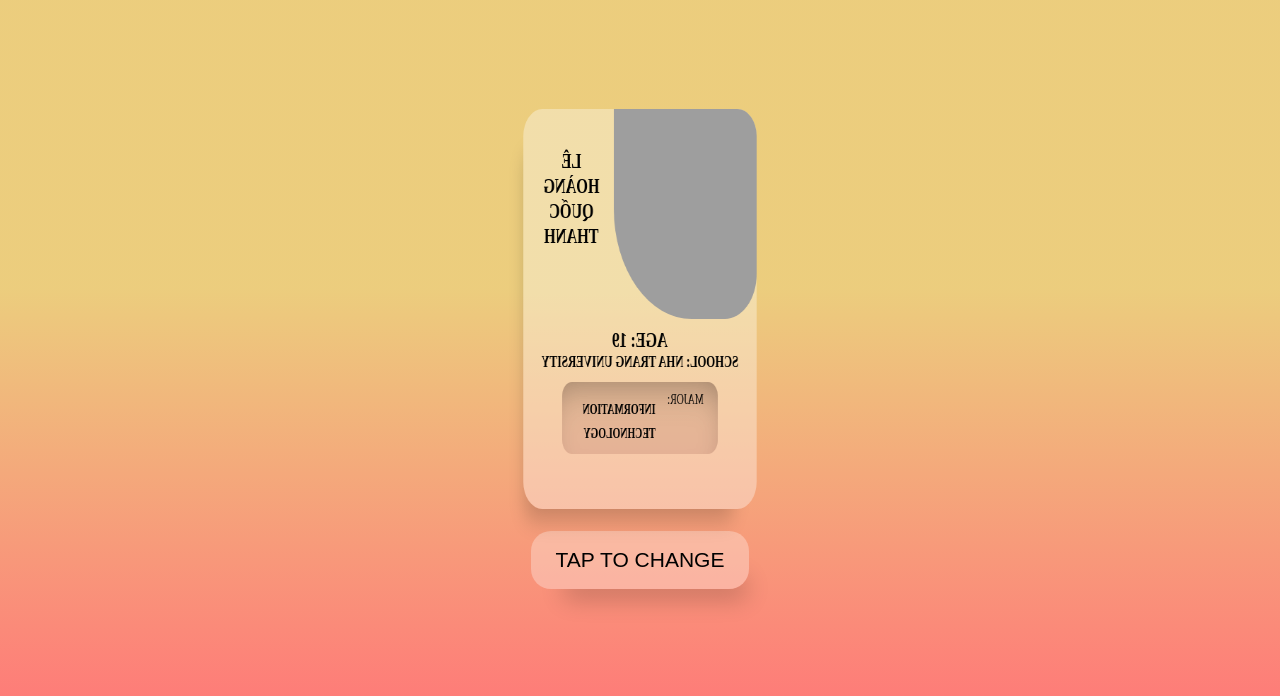
Repository: ThanhThn/profile
Page: index.html
These files come from the project's save history. The page is drawn as it stood at one moment and after the next save; the edit follows.
The browser window is 1280 px wide. The pictures show the whole page.
After loading, the first visible `#btn` was clicked once.
Pictures or frames that could not be fetched are drawn as grey boxes. Some web fonts or font styles are not loaded; a fallback is used.

Above is the page before, as saved 2022-12-05 21:34:27.

After the next save:
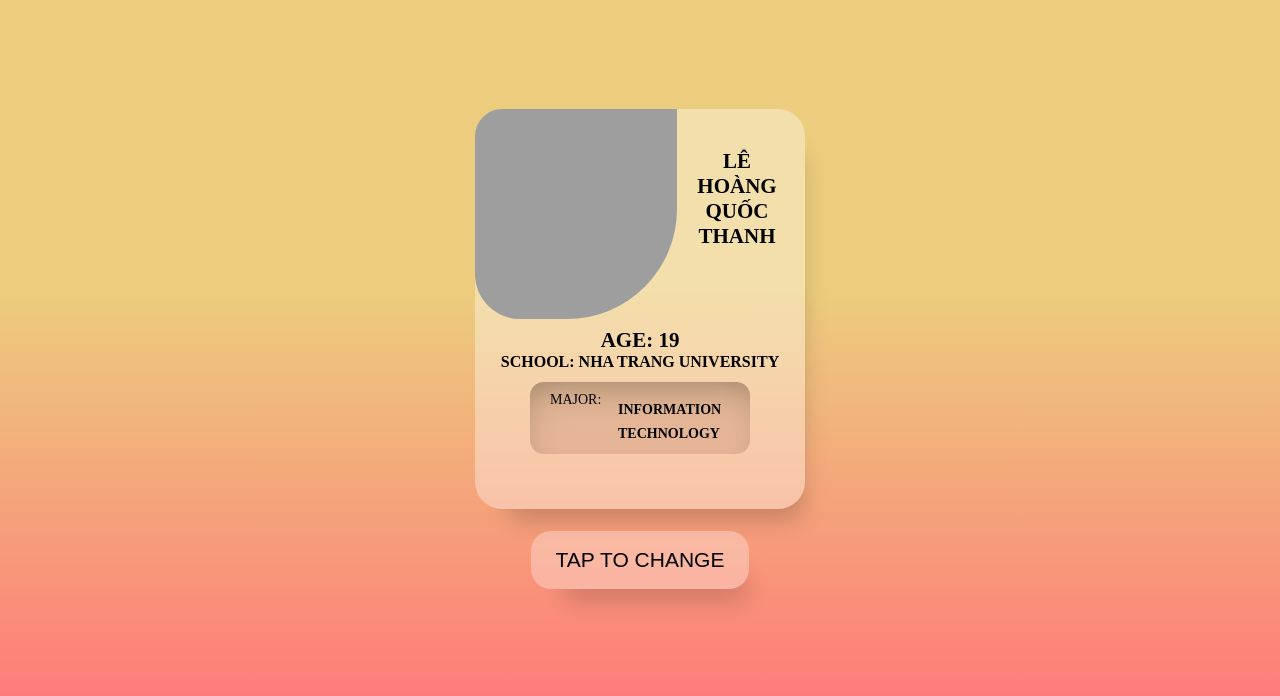
Saved 7 s later.
--- a/index.html
+++ b/index.html
@@ -35,7 +35,7 @@
         const main = document.getElementsByClassName("content");
         btn.addEventListener("click", () => {
             for(let i = 0; i < main.length; i++){
-                if(main[i].style.animation != null){
+                if(main[i].style.animation == null){
                     main[i].style.animation = "rotate  4s linear  infinite";
                 }
                 else{

After the 2 saves that followed:
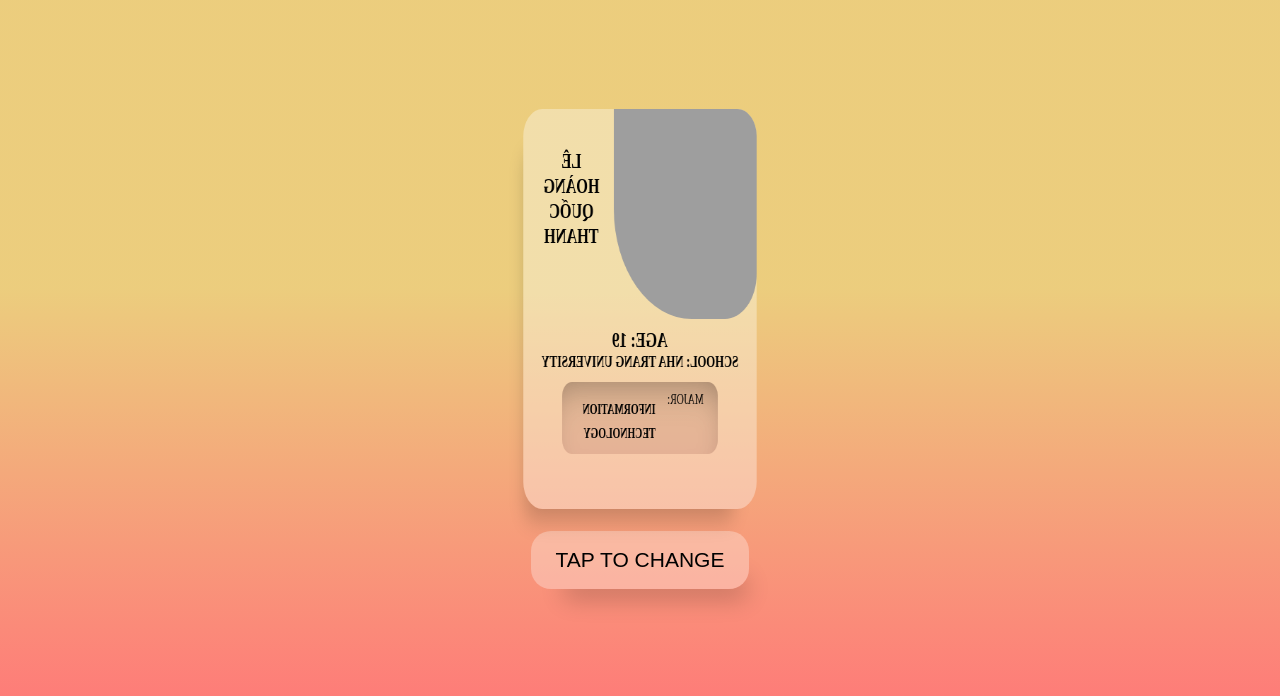
The 2 saves are shown as one change because 1 left the picture as it was.
The last was saved 110 s later.
--- a/index.html
+++ b/index.html
@@ -35,8 +35,9 @@
         const main = document.getElementsByClassName("content");
         btn.addEventListener("click", () => {
             for(let i = 0; i < main.length; i++){
-                if(main[i].style.animation == null){
+                if(main[i].style.animation != null){
                     main[i].style.animation = "rotate  4s linear  infinite";
+                    console.log(main[i]);
                 }
                 else{
                     main[i].style.removeProperty("animation");
